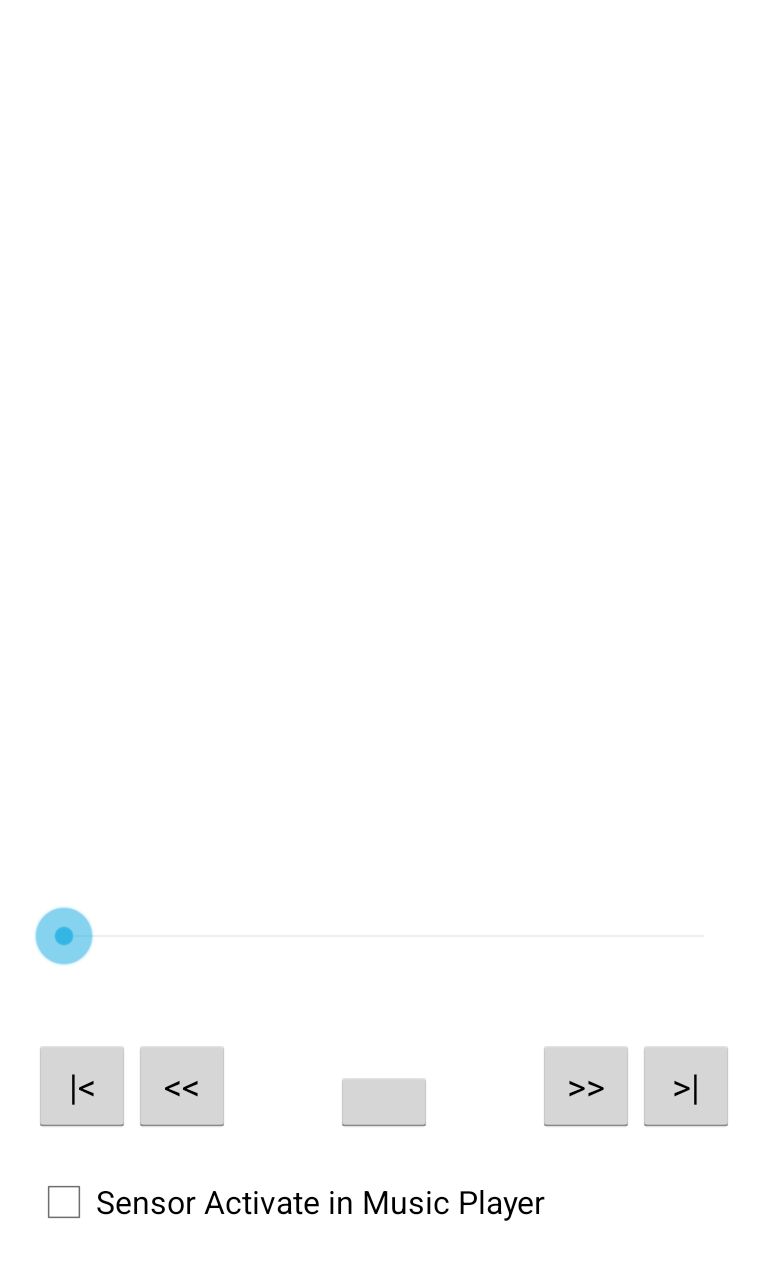
Repository: amittttt/Android-HP
Layout: HpProject/res/layout/activity_player.xml
An editor plug-in stored every save of this project. The layout is shown before and after the next save, followed by the edit.
It is drawn on a 768 x 1280 px phone screen (xhdpi) without system bars, with theme AppTheme; the app's code is not run.

Above is the layout before, as saved 2016-05-15 17:03:01.

### HpProject/res/layout/activity_player.xml
<RelativeLayout xmlns:android="http://schemas.android.com/apk/res/android"
    xmlns:tools="http://schemas.android.com/tools"
    android:layout_width="match_parent"
    android:layout_height="match_parent"
    android:paddingBottom="@dimen/activity_vertical_margin"
    android:paddingLeft="@dimen/activity_horizontal_margin"
    android:paddingRight="@dimen/activity_horizontal_margin"
    android:paddingTop="@dimen/activity_vertical_margin"
    tools:context=".PlayerActivity" >

    <SeekBar
        android:id="@+id/seekBar1"
        android:layout_width="match_parent"
        android:layout_height="wrap_content"
        android:layout_alignParentBottom="true"
        android:layout_alignParentLeft="true"
        android:layout_marginBottom="140dp" />

    <ImageButton
        android:id="@+id/btPlay"
        android:layout_width="50dp"
        android:layout_height="wrap_content"
        android:layout_alignParentBottom="true"
        android:layout_centerHorizontal="true"
        android:layout_marginBottom="57dp"
        android:text="||" />

    <Button
        android:id="@+id/btPrev"
        android:layout_width="50dp"
        android:layout_height="wrap_content"
        android:layout_alignBaseline="@+id/btFb"
        android:layout_alignBottom="@+id/btFb"
        android:layout_alignParentLeft="true"
        android:text="|&lt;" />

    <Button
        android:id="@+id/btFb"
        android:layout_width="50dp"
        android:layout_height="wrap_content"
        android:layout_alignBaseline="@+id/btPlay"
        android:layout_alignBottom="@+id/btPlay"
        android:layout_toRightOf="@+id/btPrev"
        android:text="&lt;&lt;" />

    <Button
        android:id="@+id/btFf"
        android:layout_width="50dp"
        android:layout_height="wrap_content"
        android:layout_alignBaseline="@+id/btPlay"
        android:layout_alignBottom="@+id/btPlay"
        android:layout_toLeftOf="@+id/btNxt"
        android:text=">>" />

    <Button
        android:id="@+id/btNxt"
        android:layout_width="50dp"
        android:layout_height="wrap_content"
        android:layout_alignBaseline="@+id/btFf"
        android:layout_alignBottom="@+id/btFf"
        android:layout_alignParentRight="true"
        android:text=">|" />

    <CheckBox
        android:id="@+id/checkBox1"
        android:layout_width="wrap_content"
        android:layout_height="wrap_content"
        android:layout_alignLeft="@+id/btPrev"
        android:layout_below="@+id/btPrev"
        android:layout_marginTop="18dp"
        android:text="Sensor Activate in Music Player" />

</RelativeLayout>

Loaded but not shown: HpProject/res/values/styles.xml (common file); HpProject/res/values-v11/styles.xml (common file); HpProject/res/values-v14/styles.xml (common file); HpProject/res/values/dimens.xml (common file)

After the next save:
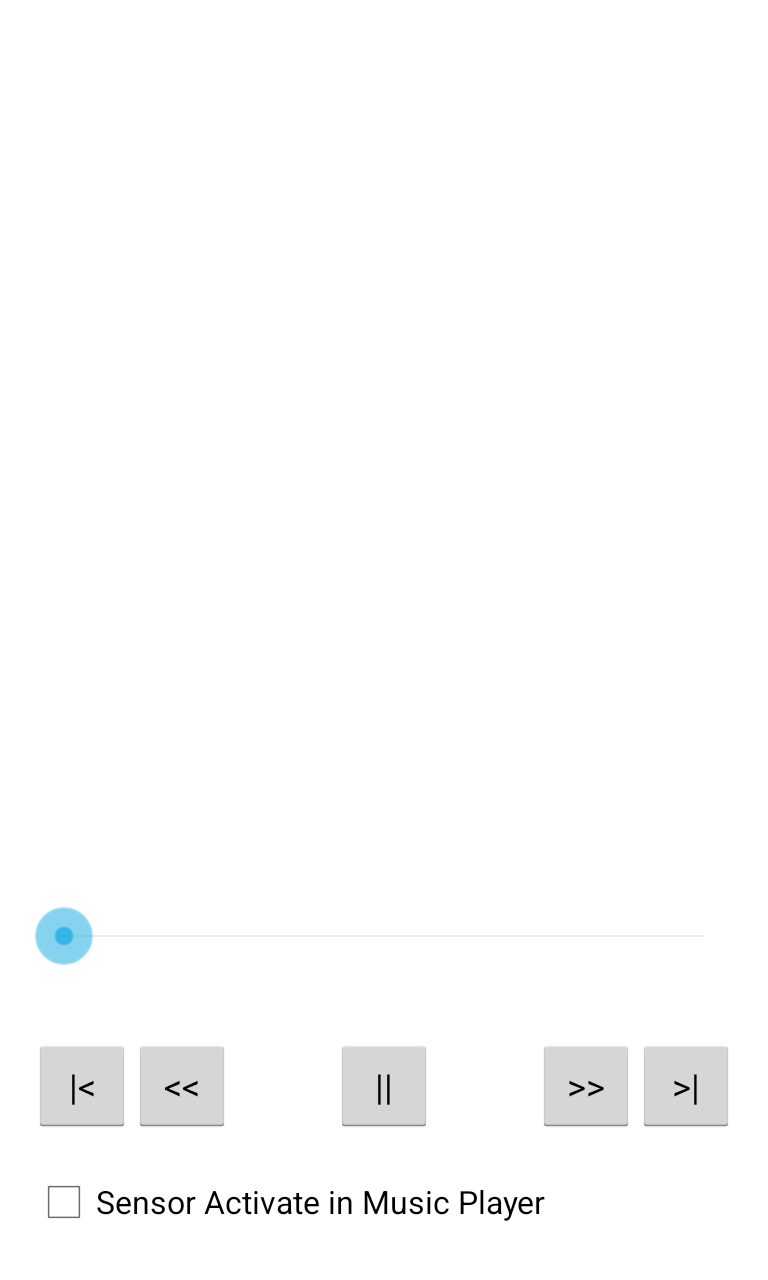
Saved 12 s later.
--- a/HpProject/res/layout/activity_player.xml
+++ b/HpProject/res/layout/activity_player.xml
@@ -16,7 +16,7 @@
         android:layout_alignParentLeft="true"
         android:layout_marginBottom="140dp" />
 
-    <ImageButton
+    <Button
         android:id="@+id/btPlay"
         android:layout_width="50dp"
         android:layout_height="wrap_content"
